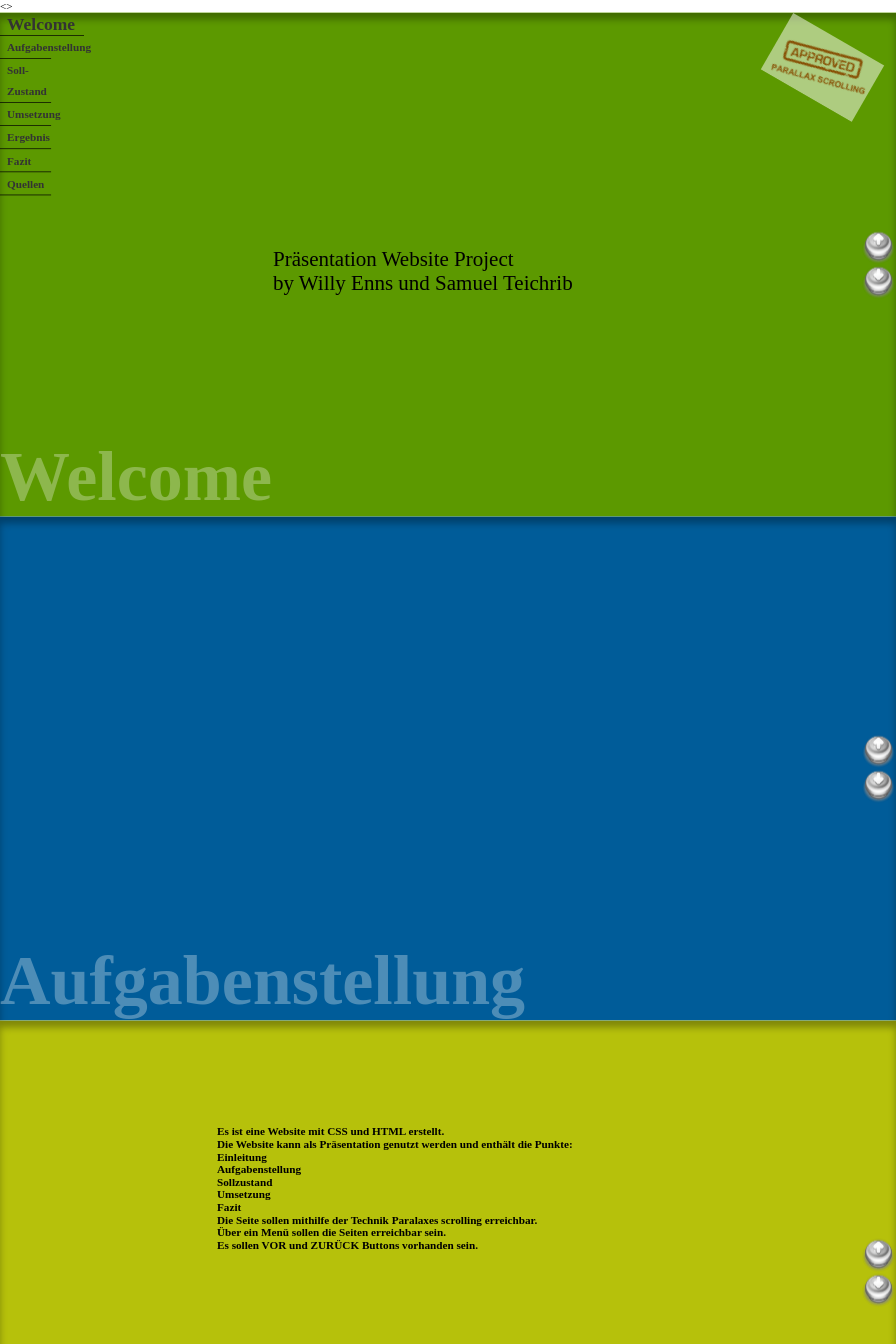
Repository: ennswi/websiteproject
Page: index.html
The author's editor kept a record of every edit. The page is drawn from the files as they stood at one moment, then again after the next edit.
The browser window is 1280 px wide. The pictures show the part of the page from y = 0 to 1920 px (the page is 5058 px tall), at 70% of full size.

Above is the page before.

### index.html
<!DOCTYPE HTML>
<html>
<head>
<meta charset="utf-8">
<title>Create a Parralax Website using Stellar.js</title>

<link rel="stylesheet" type="text/css" href="css/reset-min.css">
<link rel="stylesheet" type="text/css" href="css/style.css">

</head>

<body>
	<!--http://webdesign.tutsplus.com/tutorials/create-a-parallax-scrolling-website-using-stellarjs--webdesign-7307-->
	<ul class="navigation">
		<li data-slide="1">Welcome</li>
		<li data-slide="2">Aufgabenstellung</li>
		<li data-slide="3">Soll-Zustand</li>
		<li data-slide="4">Umsetzung</li>
		<li data-slide="5">Ergebnis</li>
		<li data-slide="6">Fazit</li>
		<li data-slide="7">Quellen</li>
	</ul>


	<img class="logo" src="images/parallax_scrolling_lrg.jpg">

	<>

	<div class="slide" id="slide1" data-slide="1" data-stellar-background-ratio="0.5">
		<div class="wrapper">

			<div class="welcomeMainDiv">
				Präsentation Website Project<br/>
				by Willy Enns und Samuel Teichrib
			</div>

		</div>

		<div class="buttonList">
			<a class="buttondown button" data-slide="2" title="Go to page 2"></a>
			<a class="buttontop button" data-slide="7" title="Go to Last Page"></a>
		</div>
		<span class="slideno">Welcome</span>
	</div><!--End Slide 1-->

	<div class="slide" id="slide2" data-slide="2" data-stellar-background-ratio="0.5">
		<div class="wrapper">
			<img src="images/slide2/blur-ball.png" data-stellar-ratio="3" data-stellar-vertical-offset="-55"alt="">
			<img src="images/slide2/blur-ball-big.png" data-stellar-ratio="1" data-stellar-vertical-offset="-102"alt="">
			<img src="images/slide2/focus-ball.png" data-stellar-ratio="1.5" data-stellar-vertical-offset="-53"alt="">
			<img src="images/slide2/small-ball.png" data-stellar-ratio="2.7" data-stellar-vertical-offset="-25"alt="">
			<img src="images/slide2/blur-ball.png" data-stellar-ratio="3" data-stellar-vertical-offset="-55"alt="">
			<img src="images/slide2/blur-ball-big.png" data-stellar-ratio="1" data-stellar-vertical-offset="-102"alt="">
			<img src="images/slide2/focus-ball.png" data-stellar-ratio="1.5" data-stellar-vertical-offset="-53"alt="">
			<img src="images/slide2/small-ball.png" data-stellar-ratio="2.7" data-stellar-vertical-offset="-25"alt="">
		</div>

		<span class="slideno">Aufgabenstellung</span>
				<div class="buttonList">
			<a class="buttondown button" data-slide="3" title="Go to page 2"></a>
			<a class="buttontop button" data-slide="1" title=""></a>
		</div>

	</div><!--End Slide 2-->


	<div class="slide" id="slide3" data-slide="3" data-stellar-background-ratio="0.5">
		<div class="wrapper">

			<div class="info">
				<ul>
					<li>Es ist eine Website mit CSS und HTML erstellt.</li>
					<li>Die Website kann als Präsentation genutzt werden und enthält die Punkte:<br/>
						<ul>
							<li>Einleitung</li>
							<li>Aufgabenstellung</li>
							<li>Sollzustand</li>
							<li>Umsetzung</li>
							<li>Fazit</li>
						</ul>
					</li>
					<li>Die Seite sollen mithilfe der Technik Paralaxes scrolling erreichbar.</li>
					<li>Über ein Menü sollen die Seiten erreichbar sein.</li>
					<li>Es sollen VOR und ZURÜCK Buttons vorhanden sein.</li>
				</ul>
			</div>

		</div>

		<span class="slideno">Soll-Zustand</span>
		<div class="buttonList">
			<a class="buttondown button" data-slide="4" title="Go to page 2"></a>
			<a class="buttontop button" data-slide="2" title=""></a>
		</div>
	</div><!--End Slide 3-->


	<div class="slide" id="slide4" data-slide="4" data-stellar-background-ratio="0.5">
		<div class="wrapper">

			<img src="images/slide3/freelance.png" data-stellar-ratio="1.4" data-stellar-vertical-offset="-102"alt="">
			<!--<img src="images/slide3/psdtuts.png" data-stellar-ratio="1.5" data-stellar-vertical-offset="-53"alt="">-->
			<img src="images/slide3/rockable.png" data-stellar-ratio="2.7" data-stellar-vertical-offset="-200"alt="">
			<img src="images/slide3/themeforest.png" data-stellar-ratio="3" data-stellar-vertical-offset="-200"alt="">
			<img src="images/slide3/tutshub.png" data-stellar-ratio="1" data-stellar-vertical-offset="-200"alt="">
			<img src="images/slide3/psdtuts.png" data-stellar-ratio="1.5" data-stellar-vertical-offset="-200"alt="">

			<div class="info">
					<ol>
						<li>Entwicklungsumgebung --> c9.io (Online IDE)</li>
					</ol>
					</br>
					<p>Ablauf:</p>
					<ol>
						<li>Besprechung des Themas.</li>
						<li>Heranholen von Informationen.</li>
						<li>Ausprobieren von Tutorials.</li>
						<li>Entscheidung für ein Framework.</li>
						<li>Beginn mit der Entwicklung.</li>
						<li>Test</li>
						<li>Beheben von Fehlern.</li>
					</ol>
			</div>
		</div>
	<span class="slideno">Umsetzung</span>
		<div class="buttonList">
			<a class="buttondown button" data-slide="5" title="Go to page 2"></a>
			<a class="buttontop button" data-slide="3" title=""></a>
		</div>
	</div><!--End Slide 4-->

	<div class="slide" id="slide5" data-slide="5" data-stellar-background-ratio="0.5">
		<div class="wrapper">
			<img src="images/slide3/freelance.png" data-stellar-ratio="1.4" data-stellar-vertical-offset="-102"alt="">
			<!--<img src="images/slide3/psdtuts.png" data-stellar-ratio="1.5" data-stellar-vertical-offset="-53"alt="">-->
			<img src="images/slide3/rockable.png" data-stellar-ratio="2.7" data-stellar-vertical-offset="-200"alt="">
			<img src="images/slide3/themeforest.png" data-stellar-ratio="3" data-stellar-vertical-offset="-200"alt="">
			<img src="images/slide3/tutshub.png" data-stellar-ratio="1" data-stellar-vertical-offset="-200"alt="">
			<img src="images/slide3/psdtuts.png" data-stellar-ratio="1.5" data-stellar-vertical-offset="-200"alt="">

			<div class="info">
				<ol>
					<li>Es ist eine Website mit CSS und HTML erstellt.</li>
					<li>Die Website kann als Präsentation genutzt werden.</li>
					<li>Die Website enhält Paralaxes scrolling.</li>
					<li>Ein Menu ist Vorhanden.</li>
					<li>Navigation über vor und zurück Buttons ist möglich.</li>
				</ol>
				</br>
				<p>Schwierigkeiten:</p>
				<ol>
					<li>Einarbeitung ins Framework.</li>
					<li>Einhaltung von css definitionen innerhalb der HTML-Struktur.</li>
				</ol>
			</div>
		</div>

		<span class="slideno">Ergebnis</span>
		<div class="buttonList">
			<a class="buttondown button" data-slide="6" title="Go to page 2"></a>
			<a class="buttontop button" data-slide="4" title=""></a>
		</div>

	</div><!--End Slide 5-->

	<div class="slide" id="slide6" data-slide="6" data-stellar-background-ratio="0.5">
		<div class="wrapper">
			<img src="images/slide3/freelance.png" data-stellar-ratio="1.4" data-stellar-vertical-offset="-102"alt="">
			<img src="images/slide3/psdtuts.png" data-stellar-ratio="1.5" data-stellar-vertical-offset="-53"alt="">
			<img src="images/slide3/rockable.png" data-stellar-ratio="2.7" data-stellar-vertical-offset="-200"alt="">
			<img src="images/slide3/themeforest.png" data-stellar-ratio="3" data-stellar-vertical-offset="-200"alt="">
			<img src="images/slide3/tutshub.png" data-stellar-ratio="1" data-stellar-vertical-offset="-200"alt="">
			<img src="images/slide3/psdtuts.png" data-stellar-ratio="1.5" data-stellar-vertical-offset="-200"alt="">

			<div class="info">
				Paralaxes scrolling scheint eine gute und vervendbare darstellung von Informationen in Websiten zu sein.

				Allerdings sollte man für Websiten die kein javascript beinhalten, eine Alternative finden.
				Ebenfalls sollte man darauf achten, dass die Informationen auch bei deaktivierten javascript einsehbar sind.
			</div>
		</div>

		<span class="slideno">Fazit</span>
		<div class="buttonList">
			<a class="buttondown button" data-slide="7" title="Go to page 2"></a>
			<a class="buttontop button" data-slide="5" title=""></a>
		</div>
	</div><!--End Slide 6-->

	<div class="slide" id="slide7" data-slide="7" data-stellar-background-ratio="0.5">
		<div class="wrapper">
			<img src="images/slide3/freelance.png" data-stellar-ratio="1.4" data-stellar-vertical-offset="-102"alt="">
			<img src="images/slide3/psdtuts.png" data-stellar-ratio="1.5" data-stellar-vertical-offset="-53"alt="">
			<img src="images/slide3/rockable.png" data-stellar-ratio="2.7" data-stellar-vertical-offset="-200"alt="">
			<img src="images/slide3/tutshub.png" data-stellar-ratio="1" data-stellar-vertical-offset="-200"alt="">
			<img src="images/slide3/psdtuts.png" data-stellar-ratio="1.5" data-stellar-vertical-offset="-200"alt="">
		</div>

		<span class="slideno">Quellen</span>
		<div class="buttonList">
			<a class="buttontop button" data-slide="6" title=""></a>
			<a class="buttondown button" data-slide="1" title="Go to First Page"></a>
		</div>

	</div><!--End Slide 6-->

	<script type="text/javascript" src="js/jquery.js"></script>
	<script type="text/javascript" src="js/jquery.stellar.min.js"></script>
	<script type="text/javascript" src="js/waypoints.min.js"></script>
	<script type="text/javascript" src="js/jquery.easing.1.3.js"></script>
	<script type="text/javascript" src="js/js.js"></script>

</body>
</html>

### css/style.css
@charset "utf-8";
/* CSS Document */

html,body{
    font-family: 'BebasRegular';
	width:100%;
	height:100%;

}

.navigation{
	position:fixed;
	z-index:1;
	top:20px;

}
.navigation li{
	color:#333333;
	display:block;
	padding: 0 10px;
	line-height:30px;
	margin-bottom:2px;
	font-weight:bold;
	-webkit-transition: all .2s ease-in-out;
	border-bottom:1px solid black;
	text-align:left;
	width:53px;

}
.navigation li:hover,.active{
	font-size:25px;
	cursor:pointer;
	width:100px!important;

}

.logo{
    position:fixed;
    width:150px;
    top:50px;
    right:30px;
    z-index:1;
    opacity: 0.5;

    -moz-transform:rotate(30deg); /* Firefox 3.6 Firefox 4 */
    -webkit-transform:rotate(30deg); /* Safari */
    -o-transform:rotate(30deg); /* Opera */
    -ms-transform:rotate(30deg); /* IE9 */
    transform:rotate(30deg); /* W3C */

}

.slide{
	background-attachment: fixed;
	width:100%;
	height:100%;
	position: relative;
	box-shadow:inset 0px 10px 10px rgba(0,0,0,0.3);

}
.wrapper{
	width:960px;
	height:200px;
	margin:0 auto;
	position:relative;

}
.slideno{

	position:absolute;
	bottom:0px;
	left:0px;
	font-size:100px;
	font-weight:bold;
	color:rgba(255,255,255,0.3);

}

.buttonList{

	z-index:99;
	position: absolute;
    top: 50%;
    right: 0px;
	width: 50px;
	height: 100px;
	margin-top: -50px;

}

.buttondown{

	display:block;
	width:50px;
	height:50px;
	position:absolute;
	bottom:0px;
	background-image:url(../images/Button-Grey-Arrow-Down-icon.png);
	background-repeat: no-repeat;
	background-size: 100% auto;

}
.buttondown:hover{

	background-color:#494949;
	cursor:pointer;

}

.buttontop{

	display:block;
	width:50px;
	height:50px;
	position:absolute;
    top:0px;
	background-image:url(../images/Button-Grey-Arrow-Up-icon.png);
		background-repeat: no-repeat;
	background-size: 100% auto;

}
.buttontop:hover{

	background-color:#494949;
	cursor:pointer;

}

.welcomebutton{
	display:block;
	width:100;
	height:50px;
	position:absolute;
	bottom:0px;
	left:50%;
}
.welcomebutton:hover{
	background-color:#494949;
	color:#FFFFFF;
	cursor:pointer;
}

/******************************
 SLIDE 1
*******************************/
#slide1{
    background-color:#5c9900;
}

#slide1 .wrapper{
    height: 100%;
    width: 100%;
}

#slide1 .welcomeMainDiv{
    font-size: 30px;
    position: absolute;
    left: 50%;
    top: 50%;
    margin-left: -250px;
    margin-top: -25px;
    height: 50px;
    width: 500px;
}


/******************************
 SLIDE 2
*******************************/
#slide2{
    background-color:#005c99;

}
#slide2 img:first-child{
    position:absolute;
top: 700px;
left: -150px;
}
#slide2 img:nth-child(2){
    position:absolute;
    top:300px;
    left:100px;
}
#slide2 img:nth-child(3){
    position:absolute;
    top:600px;
    left:300px;
}
#slide2 img:nth-child(4){
    position:absolute;
    top:400px;
    left:300px;
}
#slide2 img:nth-child(5){
    position:absolute;
    top:600px;
    right:300px;
}
#slide2 img:nth-child(6){
    position:absolute;
    top:600px;
    right:300px;
}
#slide2 img:nth-child(7){
    position:absolute;
    top:400px;
    right:100px;
}
#slide2 img:nth-child(8){
    position:absolute;
    top:100px;
    right:300px;
}

/****************************** SLIDE 3 *******************************/
#slide3 {
    background-color:#b6c10b;
}
#slide3 img:first-child {
    position:absolute;
    top: 700px;
    left: 300px;
}
#slide3 img:nth-child(2){
    position:absolute;
    top:100px;
    left:100px;
}
#slide3 img:nth-child(3){
    position:absolute;
    top:150px;
    left:300px;
}
#slide3 img:nth-child(4){
    position:absolute;
    top:450px;
    left:300px;
}
#slide3 img:nth-child(5){
    position:absolute;
    top:200px;
    right:300px;
}
#slide3 img:nth-child(6){
    position:absolute;
    top:100px;
    right:300px;
}


/****************************** SLIDE 4 *******************************/
#slide4 {
    background-color:#b6c10b;
}
#slide4 img:first-child {
    position:absolute;
    top: 700px;
    left: 300px;
}
#slide4 img:nth-child(2){
    position:absolute;
    top:100px;
    left:100px;
}
#slide4 img:nth-child(3){
    position:absolute;
    top:150px;
    left:300px;
}
#slide4 img:nth-child(4){
    position:absolute;
    top:450px;
    left:300px;
}
#slide4 img:nth-child(5){
    position:absolute;
    top:200px;
    right:300px;
}
#slide4 img:nth-child(6){
    position:absolute;
    top:100px;
    right:300px;
}

/****************************** SLIDE 5 *******************************/
#slide5 {
    background-color:#b6c10b;
}
#slide5 img:first-child {
    position:absolute;
    top: 700px;
    left: 300px;
}
#slide5 img:nth-child(2){
    position:absolute;
    top:100px;
    left:100px;
}
#slide5 img:nth-child(3){
    position:absolute;
    top:150px;
    left:300px;
}
#slide5 img:nth-child(4){
    position:absolute;
    top:450px;
    left:300px;
}
#slide5 img:nth-child(5){
    position:absolute;
    top:200px;
    right:300px;
}
#slide5 img:nth-child(6){
    position:absolute;
    top:100px;
    right:300px;
}

/****************************** SLIDE 6 *******************************/
#slide6 {
    background-color:#b6c10b;
}
#slide6 img:first-child {
    position:absolute;
    top: 700px;
    left: 300px;
}
#slide6 img:nth-child(2){
    position:absolute;
    top:100px;
    left:100px;
}
#slide6 img:nth-child(3){
    position:absolute;
    top:150px;
    left:300px;
}
#slide6img:nth-child(4){
    position:absolute;
    top:450px;
    left:300px;
}
#slide6 img:nth-child(5){
    position:absolute;
    top:200px;
    right:300px;
}
#slide6 img:nth-child(6){
    position:absolute;
    top:100px;
    right:300px;
}


/****************************** SLIDE 7 *******************************/
#slide7 {
    background-color:#b6c10b;
}
#slide7 img:first-child {
    position:absolute;
    top: 700px;
    left: 300px;
}
#slide7 img:nth-child(2){
    position:absolute;
    top:100px;
    left:100px;
}
#slide7 img:nth-child(3){
    position:absolute;
    top:150px;
    left:300px;
}
#slide7img:nth-child(4){
    position:absolute;
    top:450px;
    left:300px;
}
#slide7 img:nth-child(5){
    position:absolute;
    top:200px;
    right:300px;
}
#slide7 img:nth-child(6){
    position:absolute;
    top:100px;
    right:300px;
}

.info{
   padding-left:150px;
   padding-top:150px;
   font-weight:bold;
}

### js/js.js
jQuery(document).ready(function ($) {

    //initialise Stellar.js
    $(window).stellar();

    //Cache some variables
    var links = $('.navigation').find('li');
    var slide = $('.slide');
    var button = $('.button');
    var mywindow = $(window);
    var htmlbody = $('html,body');


    //Setup waypoints plugin
    slide.waypoint(function (event, direction) {

        //cache the variable of the data-slide attribute associated with each slide
        var dataslide = $(this).attr('data-slide');

        //If the user scrolls up change the navigation link that has the same data-slide attribute as the slide to active and
        //remove the active class from the previous navigation link
        if (event === 'down') {
            $('.navigation li[data-slide="' + dataslide + '"]').addClass('active').prev().removeClass('active');
        }
        // else If the user scrolls down change the navigation link that has the same data-slide attribute as the slide to active and
        //remove the active class from the next navigation link
        else {
            $('.navigation li[data-slide="' + dataslide + '"]').addClass('active').next().removeClass('active');
        }

    });

    //waypoints doesnt detect the first slide when user scrolls back up to the top so we add this little bit of code, that removes the class
    //from navigation link slide 2 and adds it to navigation link slide 1.
    mywindow.scroll(function () {
        if (mywindow.scrollTop() === 0) {
            $('.navigation li[data-slide="1"]').addClass('active');
            $('.navigation li[data-slide="2"]').removeClass('active');
        }
    });

    //Create a function that will be passed a slide number and then will scroll to that slide using jquerys animate. The Jquery
    //easing plugin is also used, so we passed in the easing method of 'easeInOutQuint' which is available throught the plugin.
    function goToByScroll(dataslide) {
        htmlbody.animate({
            scrollTop: $('.slide[data-slide="' + dataslide + '"]').offset().top
        }, 2000, 'easeInOutQuint');
    }



    //When the user clicks on the navigation links, get the data-slide attribute value of the link and pass that variable to the goToByScroll function
    links.click(function (e) {
        e.preventDefault();
        var dataslide = $(this).attr('data-slide');
        goToByScroll(dataslide);
        $('.navigation li').each(function(){
            $(this).removeClass('active');
        });
        $('.navigation li[data-slide="'+dataslide+'"]').addClass('active');
    });

    //When the user clicks on the button, get the get the data-slide attribute value of the button and pass that variable to the goToByScroll function
    button.click(function (e) {
        e.preventDefault();
        var dataslide = $(this).attr('data-slide');
        goToByScroll(dataslide);
        $('.navigation li').each(function(){
            $(this).removeClass('active');
        });
        $('.navigation li[data-slide="'+dataslide+'"]').addClass('active');

    });
});

Loaded but not shown: css/reset-min.css (common file); js/jquery.js (library); js/jquery.stellar.min.js (library); js/waypoints.min.js (library); js/jquery.easing.1.3.js (library)

After the next edit:
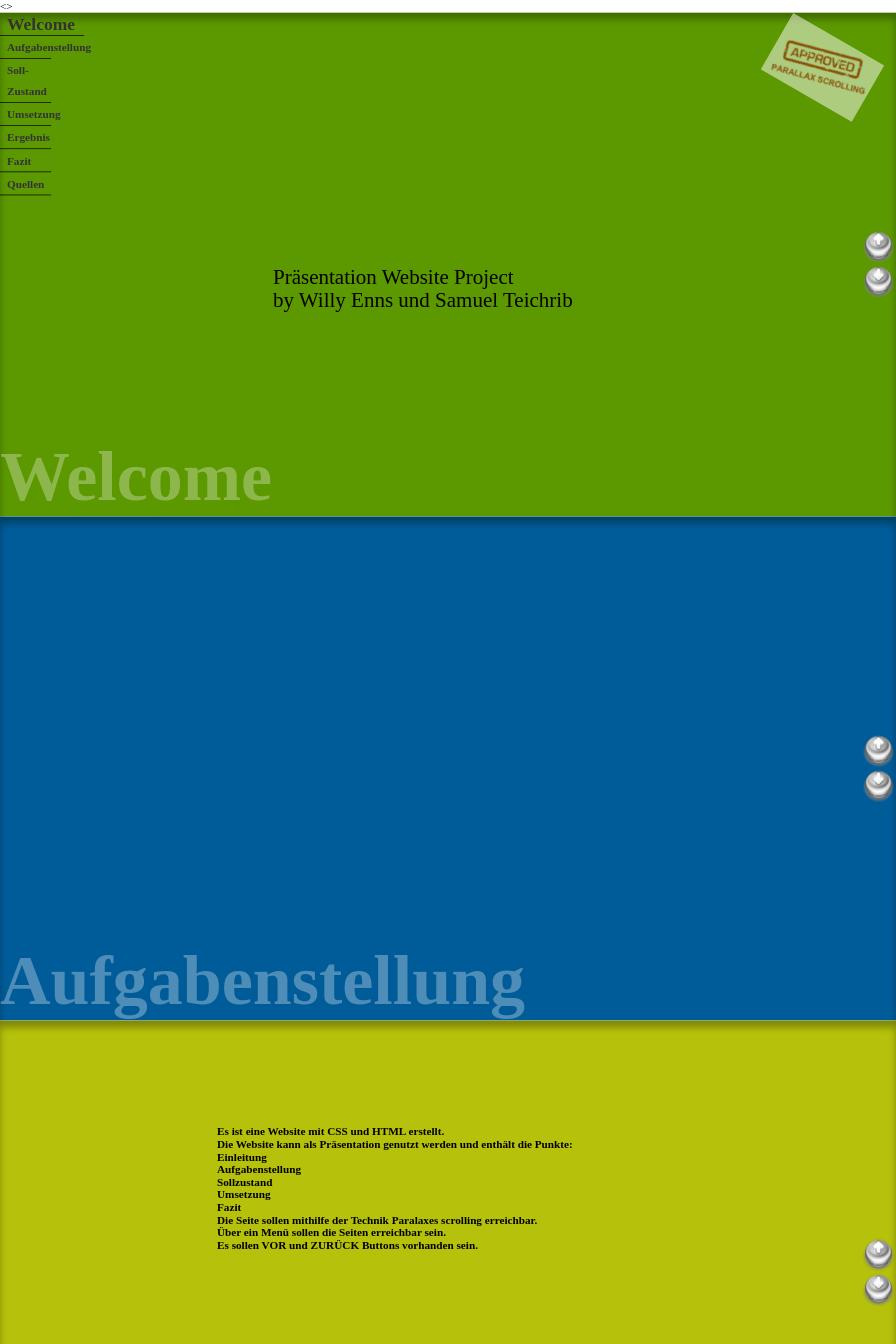
The edit:
--- a/css/style.css
+++ b/css/style.css
@@ -158,7 +158,6 @@
     left: 50%;
     top: 50%;
     margin-left: -250px;
-    margin-top: -25px;
     height: 50px;
     width: 500px;
 }
